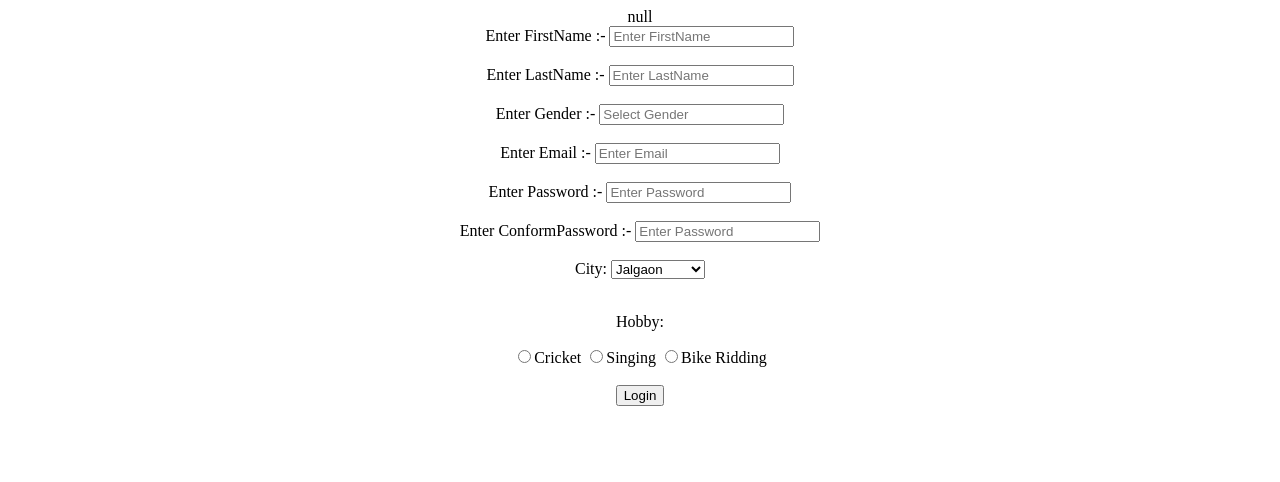
Repository: shzkhar/ISM_ADV_JAVA_23
Page: http://localhost/JSPRegiDemo/Regi.jsp
These files come from the project's save history. The page is drawn as it stood at one moment and after the next save; the edit follows.
The browser window is 1280 px wide. The pictures show the whole page.
The page is served by Tomcat 9.

Above is the page before, as saved 2023-04-02 12:58:17.

After the next save:
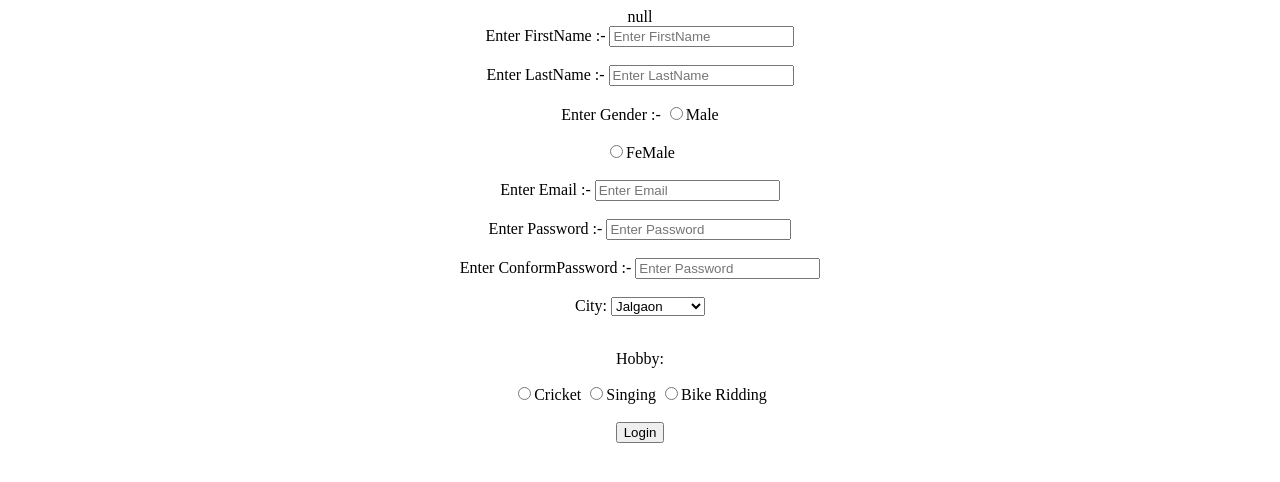
Saved 8 min 31 s later.
--- a/JSPRegiDemo/src/main/webapp/Regi.jsp
+++ b/JSPRegiDemo/src/main/webapp/Regi.jsp
@@ -13,7 +13,8 @@
     <form action="Registration" method="post">
             Enter FirstName :- <input type="text" name="firstname" placeholder="Enter FirstName"/><br><br>
             Enter LastName :- <input type="text" name="lastname" placeholder="Enter LastName"/><br><br>
-            Enter Gender :- <input type="text" name="gender" placeholder="Select Gender"/> <br><br>
+            Enter Gender :- <input type="radio" name="gender" value="male"/>Male <br><br>
+                            <input type="radio" name="gender" value="female"/>FeMale <br><br>
             Enter Email :- <input type="text" name="email" placeholder="Enter Email"/><br><br>
             Enter Password :- <input type="password" name="pass" placeholder="Enter Password"/><br><br>
             Enter ConformPassword :- <input type="password" name="cnfpass" placeholder="Enter Password"/><br><br>
